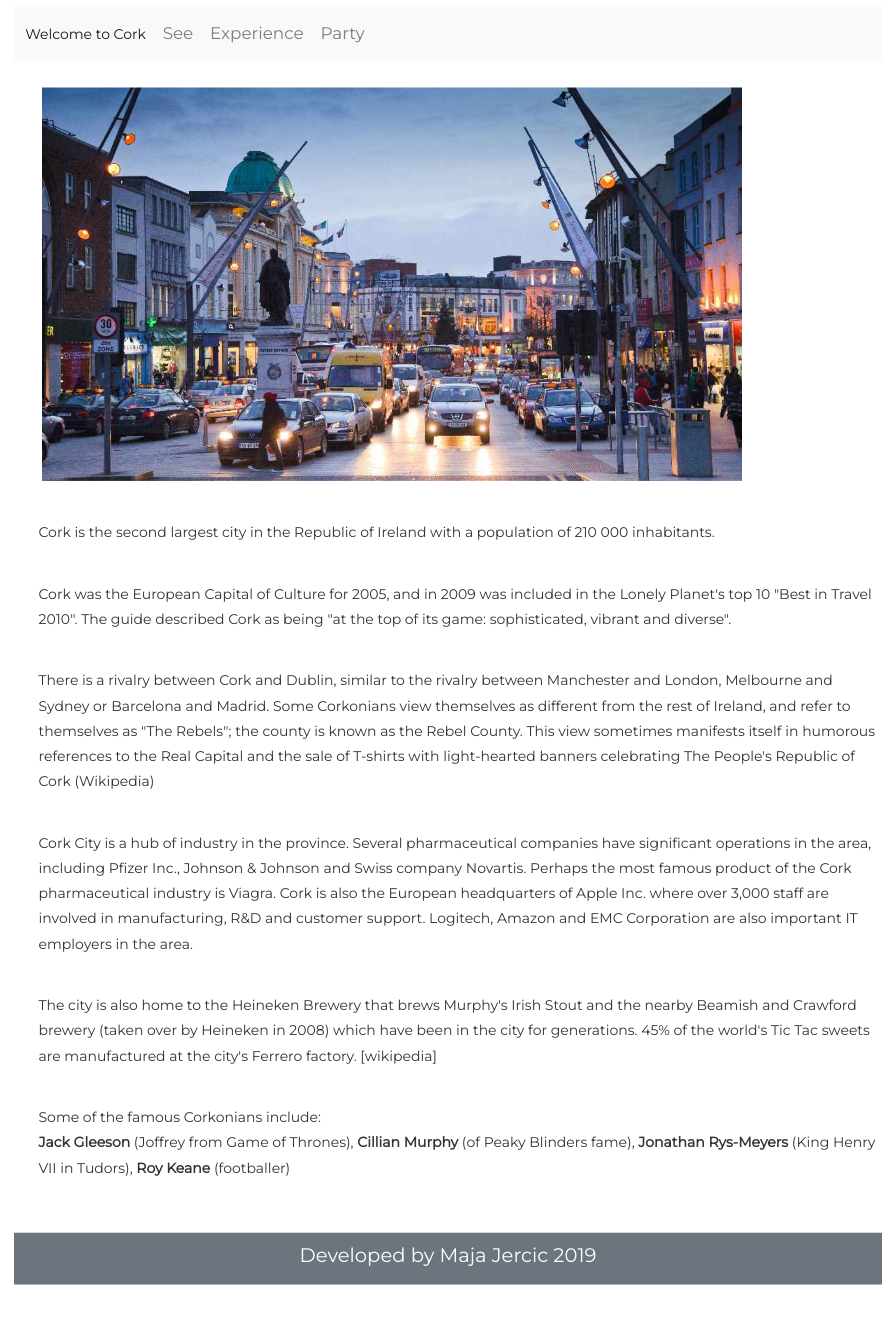
Repository: Maja-Jer/Welcome-to-Cork
Page: index.html
The author's editor kept a record of every edit. The page is drawn from the files as they stood at one moment, then again after the next edit.
The browser window is 1280 px wide. The pictures show the whole page, at 70% of full size.
Some web libraries are served in a nearby version.

Above is the page before.
Console error: TypeError: Cannot read properties of undefined (reading 'fn')

After the next edit:
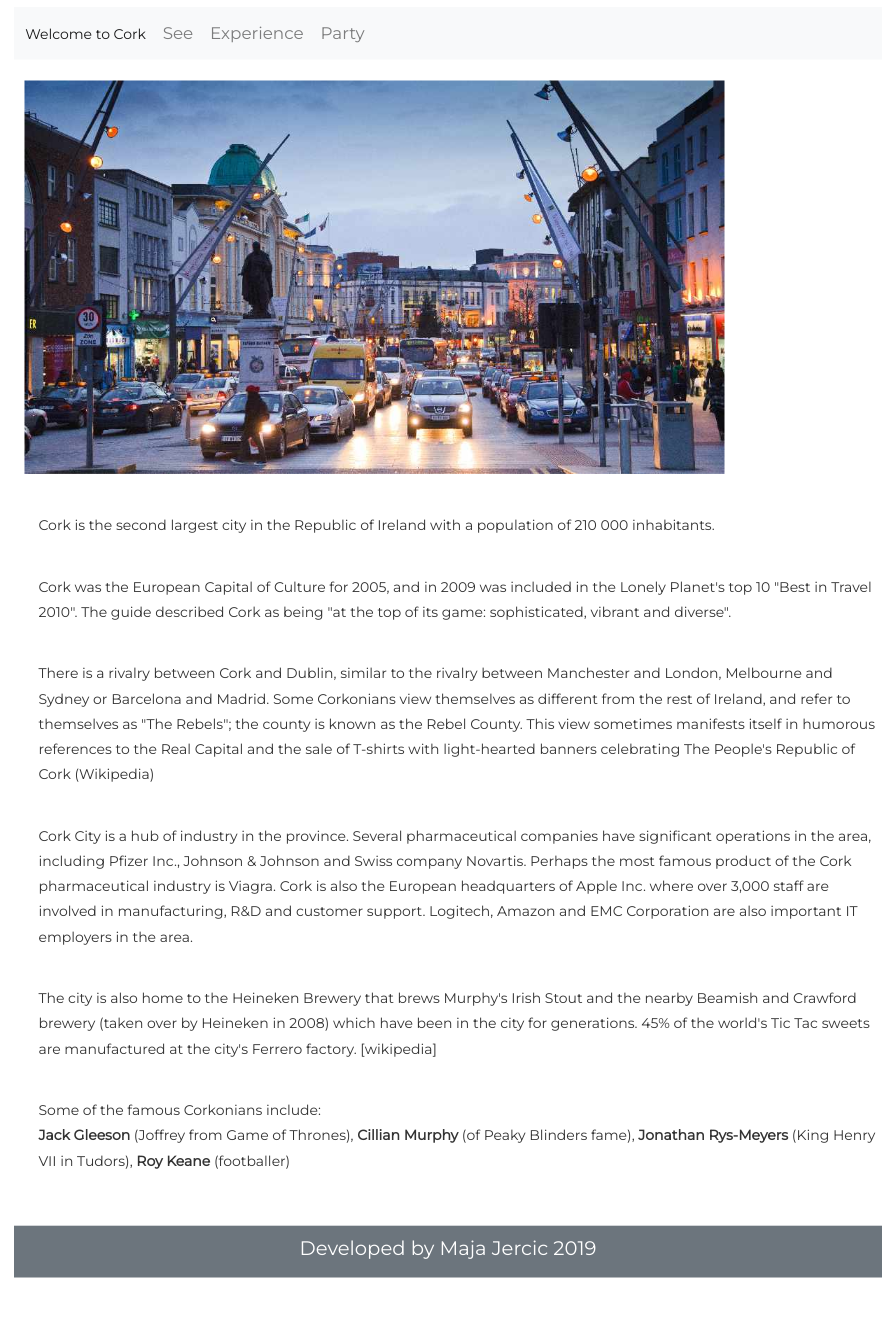
The edit:
--- a/assets/style.css
+++ b/assets/style.css
@@ -112,7 +112,6 @@
   max-height: 730px;
   max-width: 1160px;
   padding: 30px;
-  margin: 10px;
   overflow: auto;
 }
 
